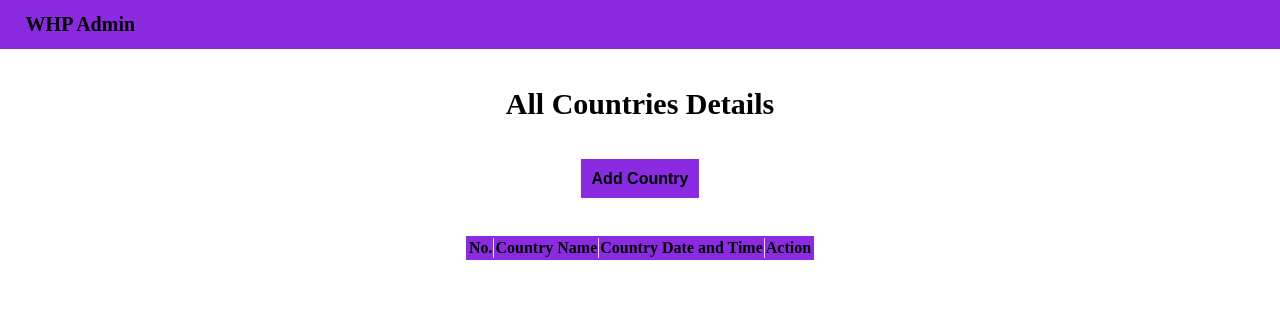
Repository: sabinaPetrisor/World_Hour_Project
Page: http://localhost/WorldHourProject/jsp/admin.jsp
These files come from the project's save history. The page is drawn as it stood at one moment and after the next save; the edit follows.
The browser window is 1280 px wide. The pictures show the whole page.
The page is served by Tomcat 9.

Above is the page before, as saved 2023-08-04 13:10:24.

After the next save:
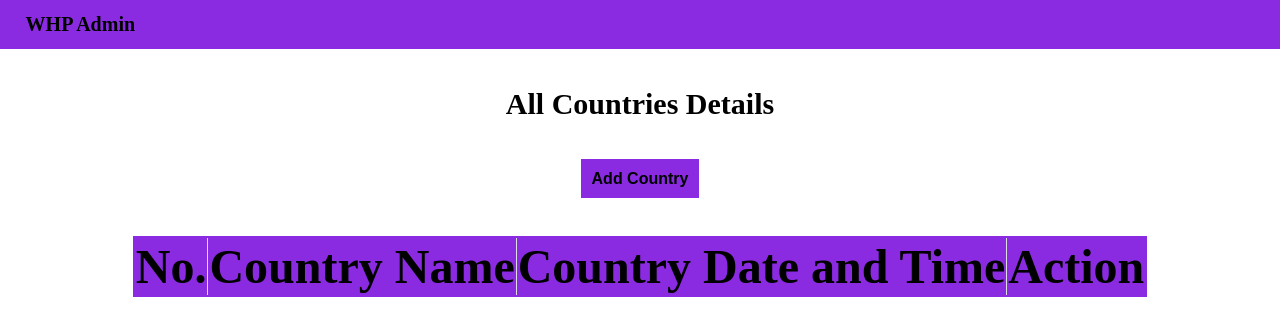
Saved 9 s later.
--- a/WorldHourProject/src/main/webapp/css/admin.css
+++ b/WorldHourProject/src/main/webapp/css/admin.css
@@ -46,7 +46,7 @@
 }
 
 .tbl td, .tbl-col-names th {
-	font-size: 1em;
+	font-size: 3em;
   	border: 1px solid #dddddd;
   	text-align: center;
   	width: auto;

After the save that followed:
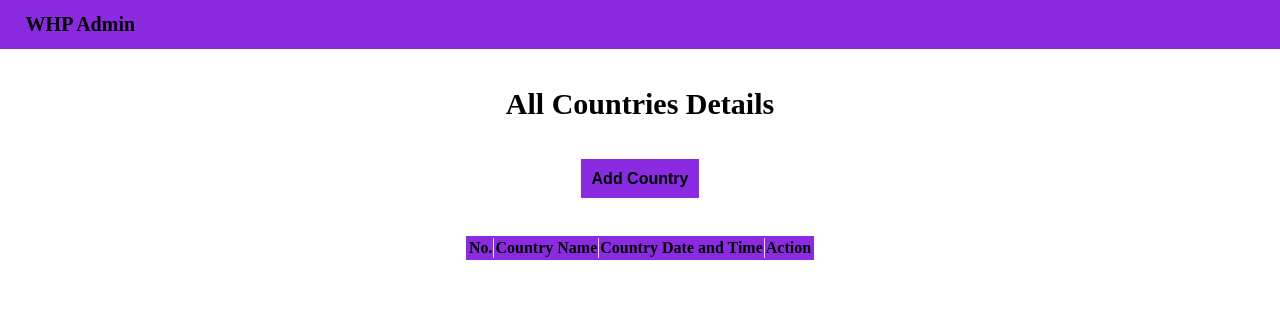
Saved 7 s later.
--- a/WorldHourProject/src/main/webapp/css/admin.css
+++ b/WorldHourProject/src/main/webapp/css/admin.css
@@ -46,7 +46,7 @@
 }
 
 .tbl td, .tbl-col-names th {
-	font-size: 3em;
+	font-size: 1em;
   	border: 1px solid #dddddd;
   	text-align: center;
   	width: auto;
